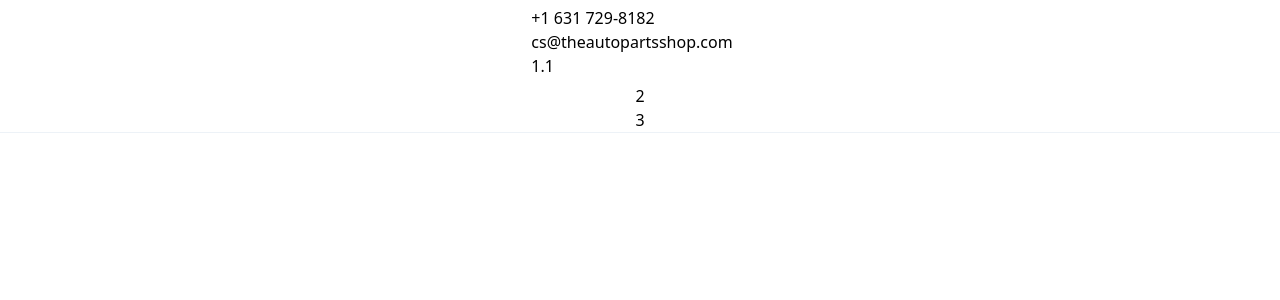
Repository: robindhimanspineor/TAPS-Next
Page: /
The author's editor kept a copy of each file at every save. The page is drawn from the files as they stood at one save, then again after the next save.
The browser window is 1280 px wide. The pictures show the whole page.
The project was rebuilt for these pictures with package versions that can differ from the ones it lists, and the page was loaded fresh each time. The framework's server and built-in components were replaced by stand-ins that run in the browser. Also part of the build but not shown: next.config.js.

Above is the page before, as saved 2021-09-16 14:33:49.

After the next save:
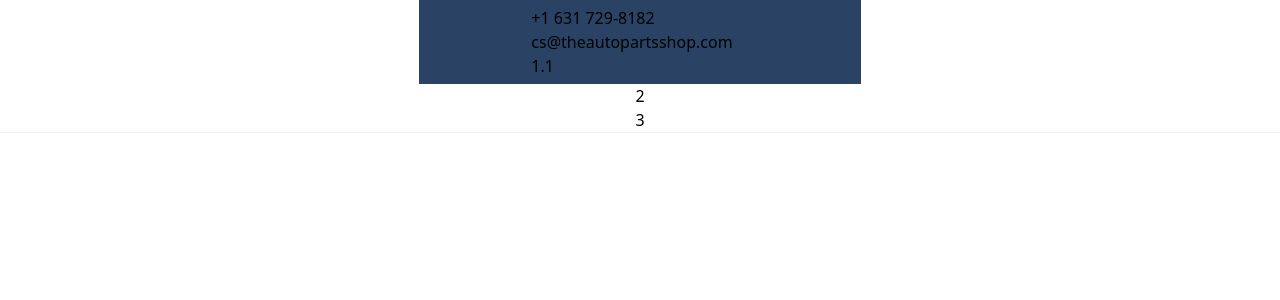
Saved 66 s later.
--- a/src/components/common/header/index.js
+++ b/src/components/common/header/index.js
@@ -1,7 +1,7 @@
 const Header = () => {
   return (
     <header className="flex flex-col items-center justify-center w-full static border-b z-50">
-      <div className="head-top just-between py-1.5 pr-32 pl-28">
+      <div className="head-top just-between py-1.5 pr-32 pl-28 bg-blue-900">
         <div className="head-top-left">
           <div className="head-top phone">
             <span></span>
